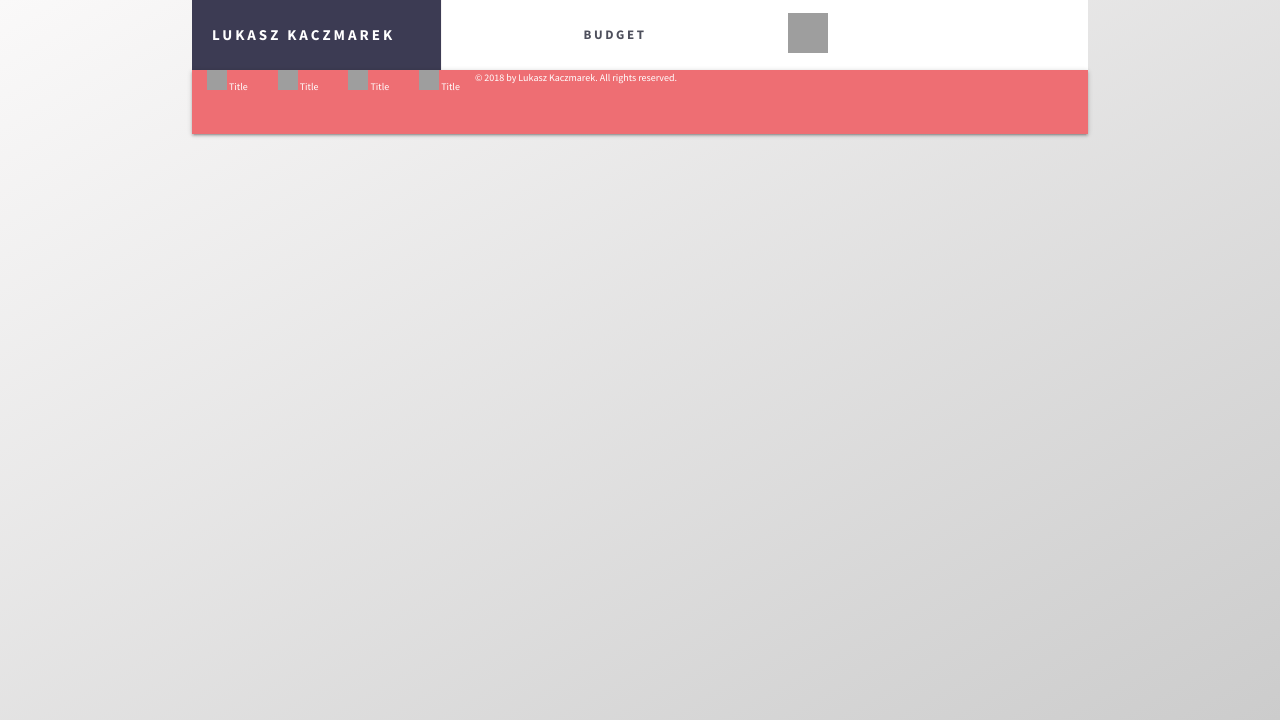
Repository: Archezi/BudgetApplication
Page: index.html
An editor plug-in stored every save of this project. The page is shown before and after the next save, followed by the edit.
The browser window is 1280 px wide. The pictures show the whole page.
Pictures or frames that could not be fetched are drawn as grey boxes. The style sheet was rebuilt from its Sass, Less or Tailwind sources for each picture, by a compiler version that may differ from the author's.

Above is the page before, as saved 2018-08-28 21:57:25.

After the next save:
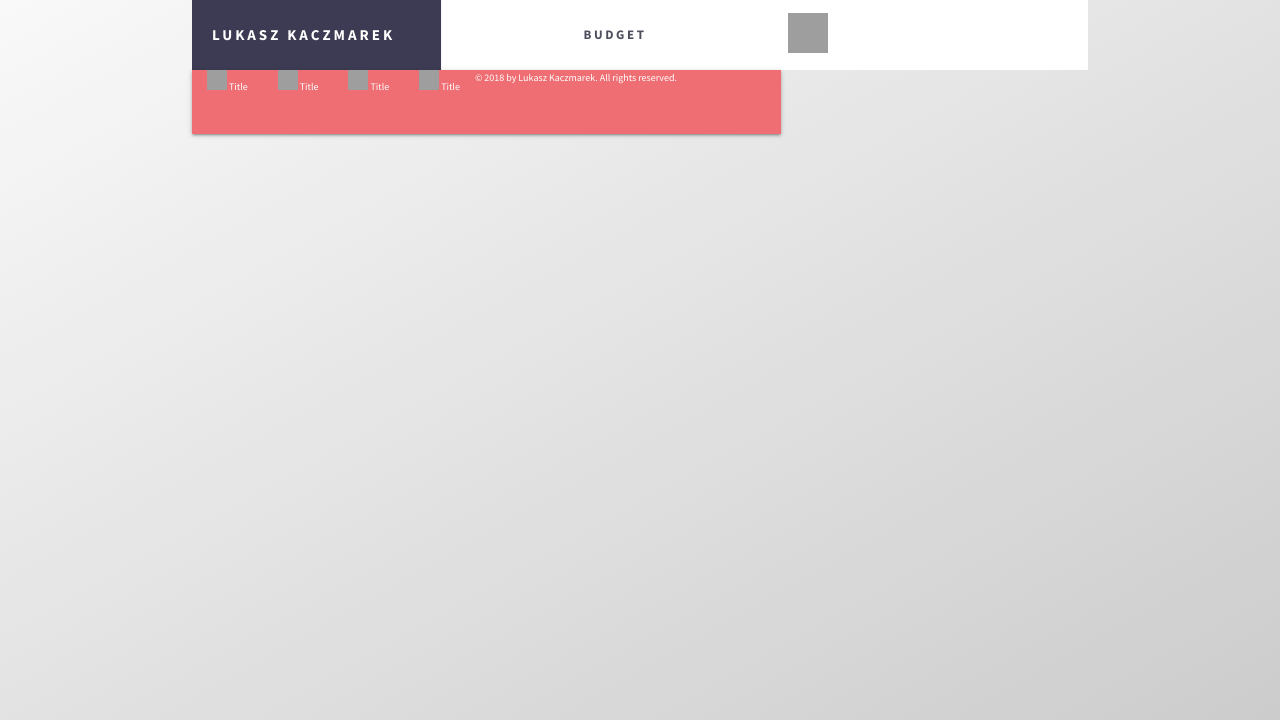
Saved 108 s later.
--- a/sass/components/_mainComponent.scss
+++ b/sass/components/_mainComponent.scss
@@ -37,5 +37,7 @@
 
 .content {
 
-    display: flex;
+    display: grid;
+    grid-template-columns: repeat(2, auto);
+
 }
